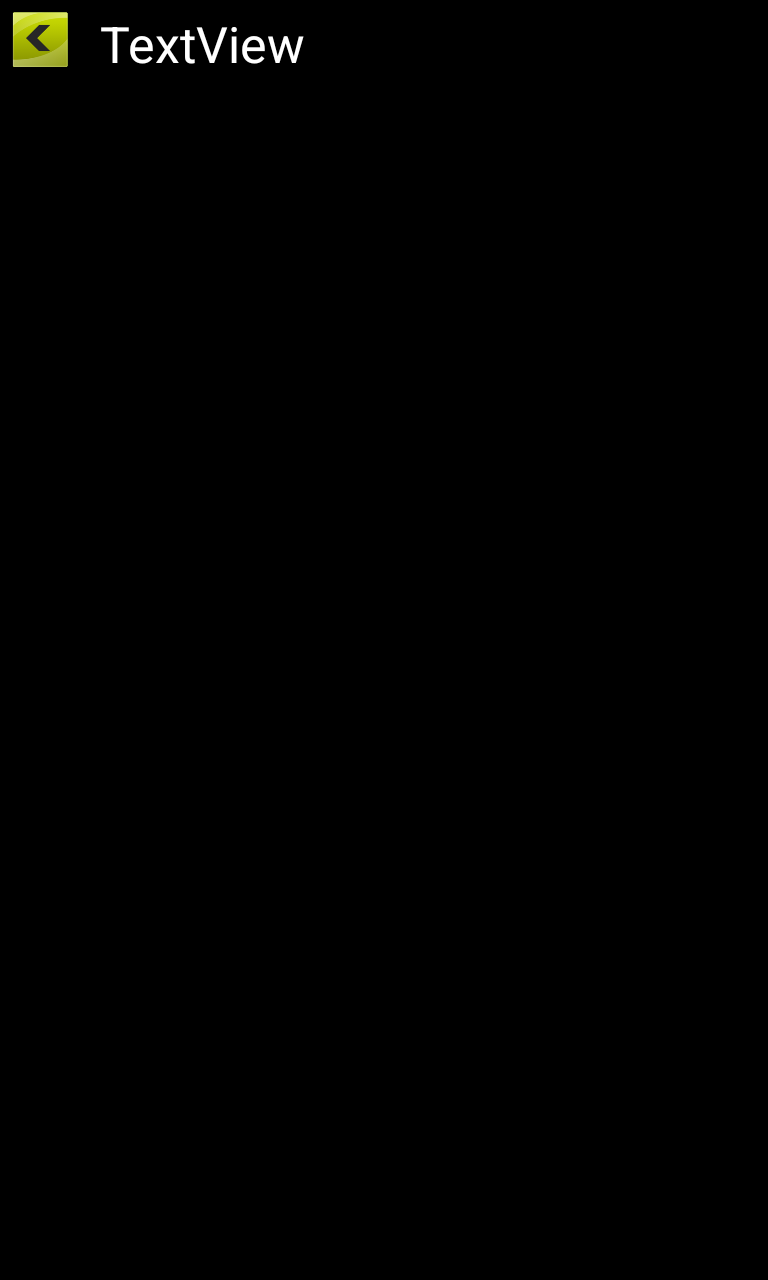
Repository: jeissie/MakeMoney
Layout: MakeMoney/res/layout/frame_left_menu_item.xml
The author's editor kept a copy of each file at every save. The layout is drawn from the files as they stood at one save, then again after the next save.
It is drawn on a 768 x 1280 px phone screen (xhdpi) without system bars, with theme AppTheme; the app's code is not run.

Above is the layout before, as saved 2014-01-03 15:34:17.

### MakeMoney/res/layout/frame_left_menu_item.xml
<?xml version="1.0" encoding="utf-8"?>
<RelativeLayout xmlns:android="http://schemas.android.com/apk/res/android"
    android:id="@+id/frame_menu_background"
    android:layout_width="match_parent"
    android:layout_height="wrap_content"
    android:background="#000">

     <ImageView
        android:id="@+id/image"
        android:layout_width="30dp"
        android:layout_height="30dp"
        android:layout_alignParentLeft="true"
        android:layout_alignParentTop="true"
        android:layout_marginLeft="10dp"
        android:src="@drawable/back"
        android:layout_margin="5dp"/>

    <TextView
        android:id="@+id/text"
        android:layout_width="wrap_content"
        android:layout_height="wrap_content"
        android:layout_alignTop="@+id/image"
        android:layout_marginLeft="10dp"
        android:layout_toRightOf="@+id/image"
        android:text="TextView"
        android:textSize="25sp"
        android:textColor="#fff" />

</RelativeLayout>

Loaded but not shown: MakeMoney/res/values/styles.xml (common file); MakeMoney/res/values-v11/styles.xml (common file); MakeMoney/res/values-v14/styles.xml (common file)

After the next save:
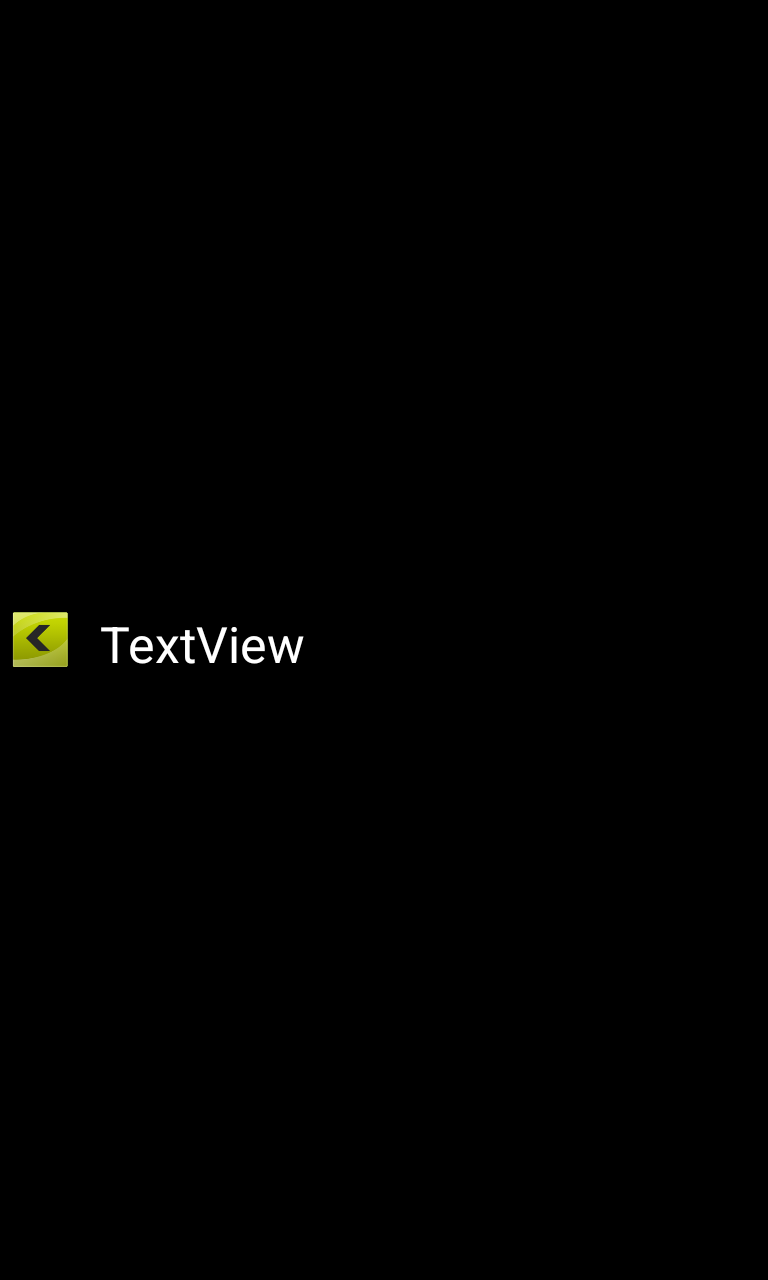
Saved 24 s later.
--- a/MakeMoney/res/layout/frame_left_menu_item.xml
+++ b/MakeMoney/res/layout/frame_left_menu_item.xml
@@ -10,7 +10,7 @@
         android:layout_width="30dp"
         android:layout_height="30dp"
         android:layout_alignParentLeft="true"
-        android:layout_alignParentTop="true"
+        android:layout_centerVertical="true"
         android:layout_marginLeft="10dp"
         android:src="@drawable/back"
         android:layout_margin="5dp"/>
